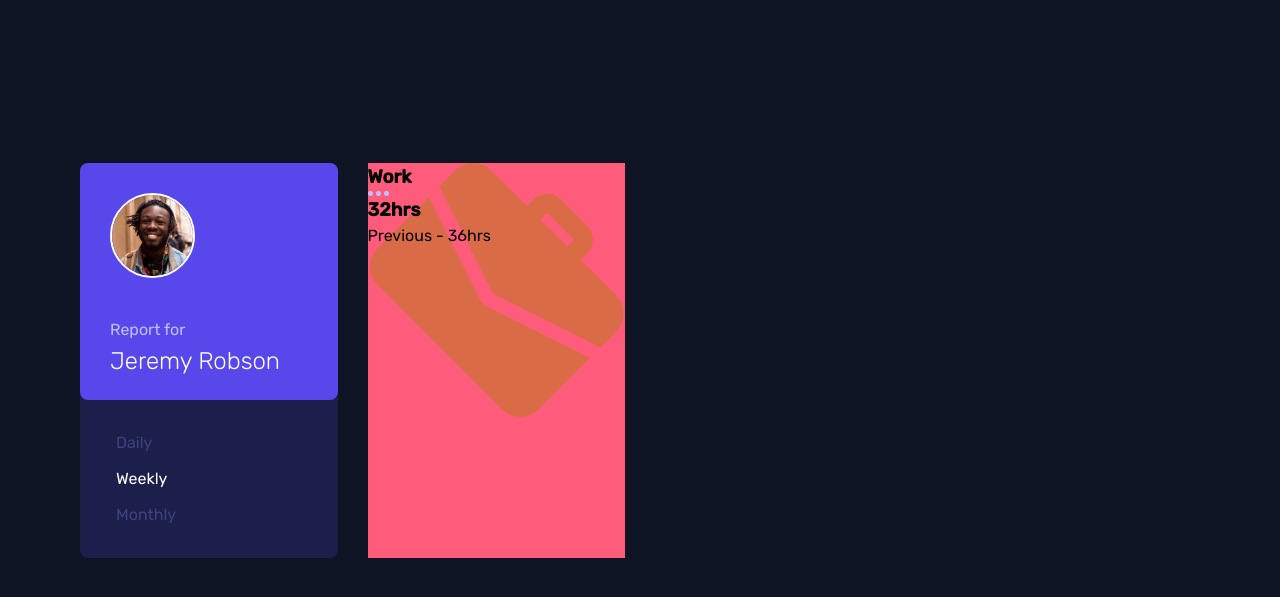
Repository: Akashiii1/WebTimeTracking_Day6
Page: index.html
The author's editor kept a copy of each file at every save. The page is drawn from the files as they stood at one save, then again after the next save.
The browser window is 1280 px wide. The pictures show the whole page.

Above is the page before, as saved 2021-12-27 00:03:48.

After the next save:
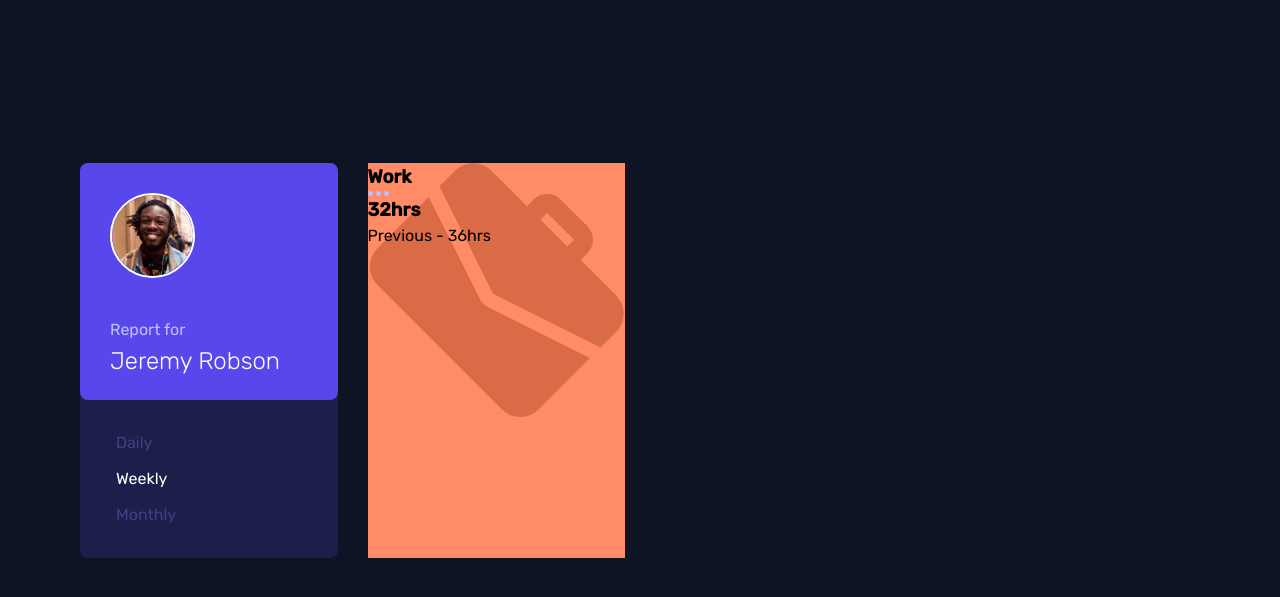
Saved 4 s later.
--- a/style.css
+++ b/style.css
@@ -112,7 +112,7 @@ button{
   color: #fff;
 }
 .work{
-  background: url(images/icon-work.svg) no-repeat top/ contain ,var(--Lightred);
+  background: url(images/icon-work.svg) no-repeat top/ contain ,var(--Lightreda);
 }
 /* remove animation for people who've turned them off */
 @media (prefers-reduced-motion: reduce) {
